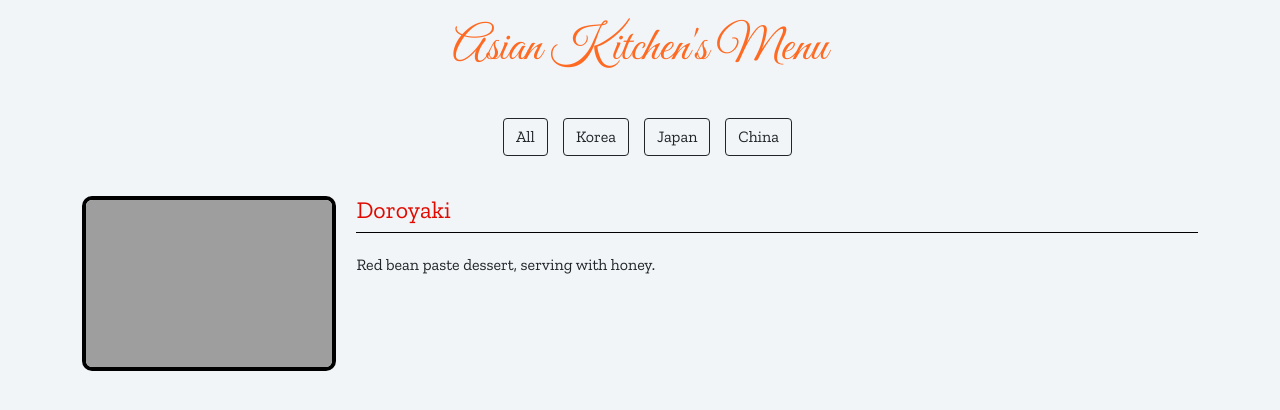
Repository: rizacantire/javascript
Page: Odev3/index.html
These files come from the project's save history. The page is drawn as it stood at one moment and after the next save; the edit follows.
The browser window is 1280 px wide. The pictures show the whole page.
Pictures or frames that could not be fetched are drawn as grey boxes.

Above is the page before, as saved 2021-12-12 00:01:21.

### Odev3/index.html
<!DOCTYPE html>
<html lang="en">
  <head>
    <meta charset="UTF-8" />
    <meta name="viewport" content="width=device-width, initial-scale=1.0" />
    <title>Asian Kitchen</title>
    <!-- Fonts -->
    <link
      href="https://fonts.googleapis.com/css2?family=Great+Vibes&family=Zilla+Slab&display=swap"
      rel="stylesheet"
    />
    <!-- Boostrap CDN -->
    <link
      href="https://cdn.jsdelivr.net/npm/bootstrap@5.0.0-beta1/dist/css/bootstrap.min.css"
      rel="stylesheet"
      integrity="sha384-giJF6kkoqNQ00vy+HMDP7azOuL0xtbfIcaT9wjKHr8RbDVddVHyTfAAsrekwKmP1"
      crossorigin="anonymous"
    />
    <!-- CSS -->
    <link rel="stylesheet" href="css/style.css" />
  </head>
  <body>
    <div class="container">
      <section class="menu">
        <!-- title -->
        <div class="title">
          <h2>Asian Kitchen's Menu</h2>
        </div>
        <!-- filter buttons-->
        <div class="btn-container">
            <button class="btn btn-outline-dark btn-item">All</button>
            <button class="btn btn-outline-dark btn-item">Korea</button>
            <button class="btn btn-outline-dark btn-item">Japan</button>
            <button class="btn btn-outline-dark btn-item">China</button>
        </div>
        <!-- menu items -->
        <div class="menu-items">
            <!-- single-item --><img class="photo" src="https://www.justonecookbook.com/wp-content/uploads/2011/10/Dorayaki-New-500x400.jpg" alt="">
            <div class="menu-info">
                <div class="menu-title">
                    <h4>Doroyaki</h4>
                </div>
                <div class="menu-text">Red bean paste dessert, serving with honey.</div>
            </div>
            <!-- end of single item -->
        </div>
        </div>
      </section>
    </div>
    <script src="js/app.js"></script>

  </body>
</html>

### Odev3/css/style.css
* {
  box-sizing: border-box;
}

body {
  margin: 0;
  padding: 0;
  background-color: #f1f5f8;
  font-family: "Zilla Slab", serif;
}

h2 {
  font-family: "Great Vibes", cursive;
  font-size: 3rem;
  text-align: center;
  color: #ff6a23;
}
.menu {
  margin-top: 20px;
}

.btn-container {
  display: flex;
  justify-content: center;
  align-items: center;
  margin: 40px 0;
}
.btn-item {
  margin-left: 15px;
}

.photo {
  width: 30%;
  height: 175px;
  object-fit: cover;
  border: 0.25rem solid black;
  border-radius: 10px;
}
.menu-items {
  display: flex;
  margin: 20px 0;
}
.menu-info {
  margin-left: 20px;
  width: 100%;
}
.menu-title {
  display: flex;
  justify-content: space-between;
  border-bottom: 1px solid black;
}

h4 {
  color: #e00a00;
}

.menu-text {
  padding-top: 20px;
}

### Odev3/js/app.js
const menu = [
  {
    id: 1,
    title: "Tteokbokki",
    category: "Korea",
    price: 10.99,
    img:
      "https://twoplaidaprons.com/wp-content/uploads/2020/09/tteokbokki-top-down-view-of-tteokbokki-in-a-bowl-500x500.jpg",
    desc: `Spicy rice cakes, serving with fish cake.`,
  },
  {
    id: 2,
    title: "Chicken Ramen",
    category: "Japan",
    price: 7.99,
    img:
      "https://www.forkknifeswoon.com/wp-content/uploads/2014/10/simple-homemade-chicken-ramen-fork-knife-swoon-01.jpg",
    desc: `Chicken noodle soup, serving with vegetables such as soy bean, green onion. In an optional you can ask for egg. `,
  },
  {
    id: 3,
    title: "Bibimbap",
    category: "Korea",
    price: 8.99,
    img:
      "https://dwellbymichelle.com/wp-content/uploads/2020/05/DWELL-bibimbap.jpg",
    desc: `Boiling vegetables, serving with special hot sauce`,
  },
  {
    id: 4,
    title: "Dan Dan Mian",
    category: "China",
    price: 5.99,
    img:
      "https://www.savingdessert.com/wp-content/uploads/2019/02/Dan-Dan-Noodles-10.jpg",
    desc: `Dan dan noodle, serving with green onion `,
  },
  {
    id: 5,
    title: "Yangzhou Fried Rice",
    category: "China",
    price: 12.99,
    img:
      "https://salu-salo.com/wp-content/uploads/2013/02/Yangzhou-Fried-Rice1.jpg",
    desc: `Yangzhou style fried rice, serving with bean and pickles `,
  },
  {
    id: 6,
    title: "Onigiri",
    category: "Japan",
    price: 9.99,
    img:
      "https://www.manusmenu.com/wp-content/uploads/2017/08/Onigiri-3-1-of-1.jpg",
    desc: `Rice Sandwich, serving with soy sauce`,
  },
  {
    id: 7,
    title: "Jajangmyeon",
    category: "Korea",
    price: 15.99,
    img:
      "https://www.curiouscuisiniere.com/wp-content/uploads/2020/04/Jajangmyeon-Korean-Noodles-in-Black-Bean-Sauce5.1200H-720x540.jpg",
    desc: `Black bean sauce noodle, serving with green onion `,
  },
  {
    id: 8,
    title: "Ma Yi Shang Shu",
    category: "China",
    price: 12.99,
    img:
      "https://assets.tmecosys.com/image/upload/t_web767x639/img/recipe/ras/Assets/F688C2F6-86EC-46C4-B9C7-A6BA01DF7437/Derivates/32E3E72A-F786-406D-AF7F-B30980A9AC6C.jpg",
    desc: `Hot pepper sauce noodle, serving with soy bean and onion`,
  },
  {
    id: 9,
    title: "Doroyaki",
    category: "Japan",
    price: 3.99,
    img:
      "https://www.justonecookbook.com/wp-content/uploads/2011/10/Dorayaki-New-500x400.jpg",
    desc: `Red bean paste dessert, serving with honey.`,
  },
];

After the next save:
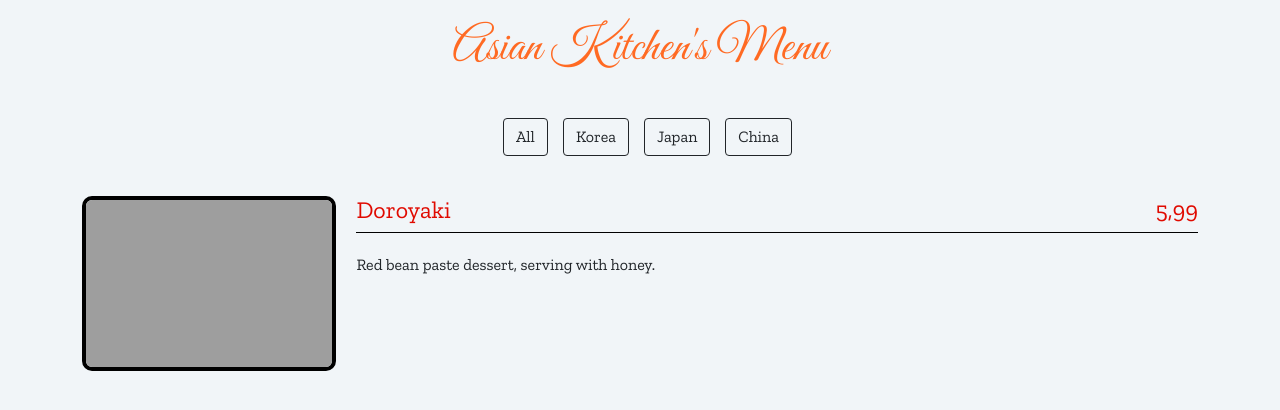
Saved 14 s later.
--- a/Odev3/index.html
+++ b/Odev3/index.html
@@ -39,6 +39,7 @@
             <div class="menu-info">
                 <div class="menu-title">
                     <h4>Doroyaki</h4>
+                    <h4 class="price">5,99</h4>
                 </div>
                 <div class="menu-text">Red bean paste dessert, serving with honey.</div>
             </div>
